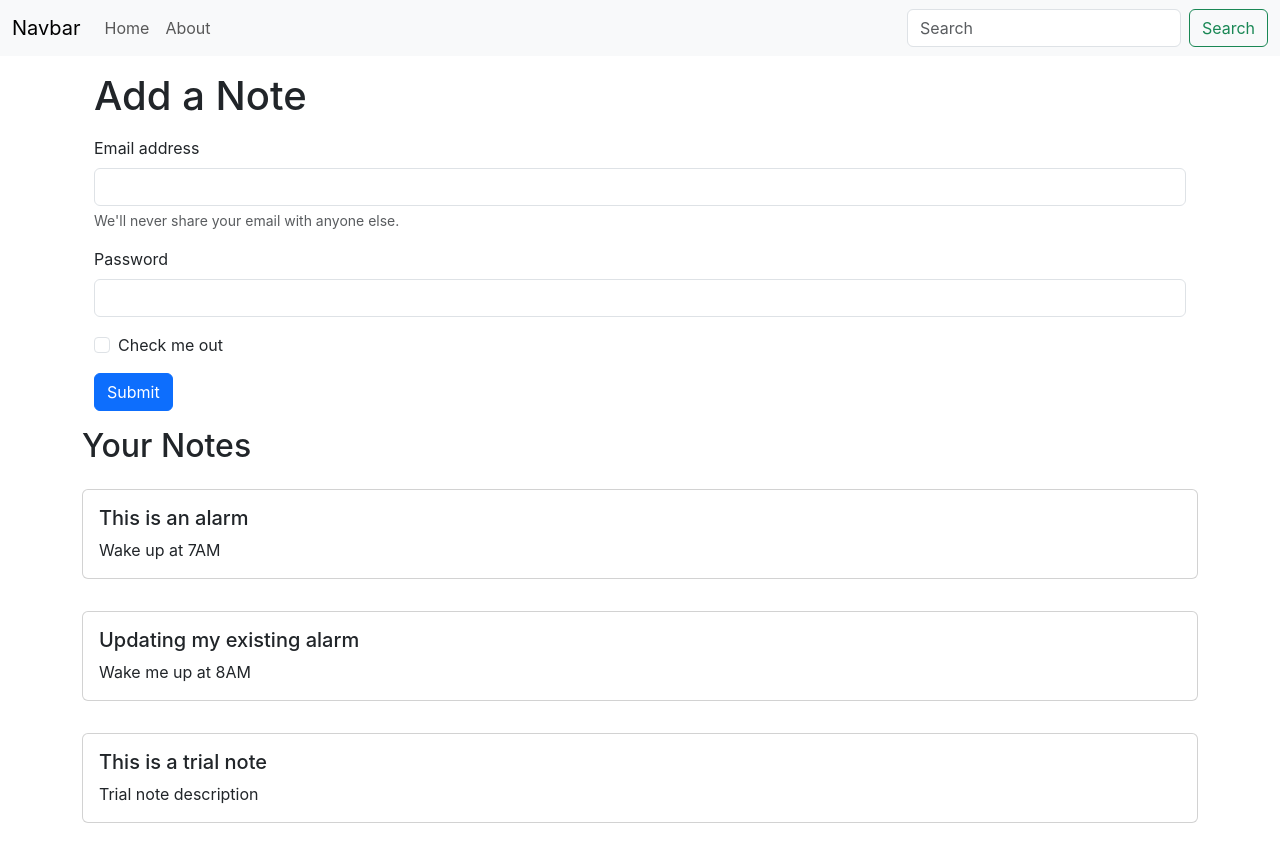
Repository: bhaveshdaipuria/inotebook
Page: /home
The author's editor kept a copy of each file at every save. The page is drawn from the files as they stood at one save, then again after the next save.
The browser window is 1280 px wide. The pictures show the whole page.
The project was rebuilt for these pictures with package versions that can differ from the ones it lists, and the page was loaded fresh each time. Also part of the build but not shown: src/App.css, src/components/About.js.

Above is the page before, as saved 2023-05-03 14:23:45.

### public/index.html
<!DOCTYPE html>
<html lang="en">
  <head>
    <meta charset="utf-8" />
    <link rel="icon" href="%PUBLIC_URL%/favicon.ico" />
    <meta name="viewport" content="width=device-width, initial-scale=1" />
    <meta name="theme-color" content="#000000" />
    <meta
      name="description"
      content="Web site created using create-react-app"
    />
    <link rel="apple-touch-icon" href="%PUBLIC_URL%/logo192.png" />
    <link href="https://cdn.jsdelivr.net/npm/bootstrap@5.3.0-alpha3/dist/css/bootstrap.min.css" rel="stylesheet" integrity="sha384-KK94CHFLLe+nY2dmCWGMq91rCGa5gtU4mk92HdvYe+M/SXH301p5ILy+dN9+nJOZ" crossorigin="anonymous">
    <!--
      manifest.json provides metadata used when your web app is installed on a
      user's mobile device or desktop. See https://developers.google.com/web/fundamentals/web-app-manifest/
    -->
    <link rel="manifest" href="%PUBLIC_URL%/manifest.json" />
    <!--
      Notice the use of %PUBLIC_URL% in the tags above.
      It will be replaced with the URL of the `public` folder during the build.
      Only files inside the `public` folder can be referenced from the HTML.

      Unlike "/favicon.ico" or "favicon.ico", "%PUBLIC_URL%/favicon.ico" will
      work correctly both with client-side routing and a non-root public URL.
      Learn how to configure a non-root public URL by running `npm run build`.
    -->
    <title>iNotebook</title>
  </head>
  <body>
    <noscript>You need to enable JavaScript to run this app.</noscript>
    <div id="root"></div>
    <!--
      This HTML file is a template.
      If you open it directly in the browser, you will see an empty page.

      You can add webfonts, meta tags, or analytics to this file.
      The build step will place the bundled scripts into the <body> tag.

      To begin the development, run `npm start` or `yarn start`.
      To create a production bundle, use `npm run build` or `yarn build`.
    -->
  </body>
  <script src="https://cdn.jsdelivr.net/npm/bootstrap@5.3.0-alpha3/dist/js/bootstrap.bundle.min.js" integrity="sha384-ENjdO4Dr2bkBIFxQpeoTz1HIcje39Wm4jDKdf19U8gI4ddQ3GYNS7NTKfAdVQSZe" crossorigin="anonymous"></script>
</html>

### src/App.js
import './App.css';
import Navbar from './components/Navbar';
import Home  from './components/Home';
import { BrowserRouter, Routes, Route } from 'react-router-dom';
import About from './components/About';
import NoteState from './context/notes/NoteState';

function App() {
  return (
    <>
    <NoteState>
    <BrowserRouter>
    <Navbar/>
    <div className='container'>
      <Routes>
      <Route exact path = '/home' element={<Home/>}/>
      <Route exact path = '/about' element={<About/>}/>
    </Routes>
    </div>
    </BrowserRouter>
    </NoteState>
    </>
  );
}

export default App;

### src/components/Navbar.js
import React, { useEffect } from "react";
import { Link, useLocation } from "react-router-dom";

function Navbar() {
  let location = useLocation();
  useEffect(()=>{
    console.log(location.pathname)
  }, [location]);
  return (
    <nav className="navbar navbar-expand-lg bg-body-tertiary">
      <div className="container-fluid">
        <Link className="navbar-brand" to="/">
          Navbar
        </Link>
        <button
          className="navbar-toggler"
          type="button"
          data-bs-toggle="collapse"
          data-bs-target="#navbarSupportedContent"
          _aria-controls="navbarSupportedContent"
          aria-expanded="false"
          aria-label="Toggle navigation"
        >
          <span className="navbar-toggler-icon"></span>
        </button>
        <div className="collapse navbar-collapse" id="navbarSupportedContent">
          <ul className="navbar-nav me-auto mb-2 mb-lg-0">
            <li className="nav-item">
              <Link className={`nav-link ${location.pathname === '/'?"active":""}`} aria-current="page" to="/home">
                Home
              </Link>
            </li>
            <li className="nav-item">
              <Link className={`nav-link ${location.pathname === '/about'?"active":""}`} to="/about">
                About
              </Link>
            </li>
          </ul>
          <form className="d-flex" role="search">
            <input
              className="form-control me-2"
              type="search"
              placeholder="Search"
              aria-label="Search"
            />
            <button className="btn btn-outline-success" type="submit">
              Search
            </button>
          </form>
        </div>
      </div>
    </nav>
  );
}

export default Navbar;

### src/components/Home.js
import React from 'react';
import Notes from './Notes';

function Home() {
  return (
    <div>
    <div className='container my-3'>
    <h1>Add a Note</h1>
    <form className='my-3'>
  <div className="mb-3">
    <label for="exampleInputEmail1" className="form-label">Email address</label>
    <input type="email" className="form-control" id="exampleInputEmail1" aria-describedby="emailHelp"/>
    <div id="emailHelp" className="form-text">We'll never share your email with anyone else.</div>
  </div>
  <div className="mb-3">
    <label for="exampleInputPassword1" className="form-label">Password</label>
    <input type="password" className="form-control" id="exampleInputPassword1"/>
  </div>
  <div className="mb-3 form-check">
    <input type="checkbox" className="form-check-input" id="exampleCheck1"/>
    <label className="form-check-label" for="exampleCheck1">Check me out</label>
  </div>
  <button type="submit" className="btn btn-primary">Submit</button>
</form>
</div>
<Notes/>
</div>
  )
}

export default Home;

### src/context/notes/NoteState.js
import NoteContext from "./noteContext";
import { useState } from "react";

const  NoteState = (props)=>{
    const notesInitial = [
        {
          "_id": "644f7e8be617961a0e690ce2",
          "user": "644f7d94e617961a0e690ccc",
          "title": "This is an alarm",
          "description": "Wake up at 7AM",
          "tag": "General",
          "date": "2023-05-01T08:55:39.717Z",
          "__v": 0
        },
        {
          "_id": "644f7ea9e617961a0e690ce5",
          "user": "644f7d94e617961a0e690ccc",
          "title": "Updating my existing alarm",
          "description": "Wake me up at 8AM",
          "tag": "Updated Alarm",
          "date": "2023-05-01T08:56:09.511Z",
          "__v": 0
        },
        {
          "_id": "644f8271f19dd960cfe94ffd",
          "user": "644f7d94e617961a0e690ccc",
          "title": "This is a trial note",
          "description": "Trial note description",
          "tag": "General",
          "date": "2023-05-01T09:12:17.622Z",
          "__v": 0
        }
      ]
      const [notes, setNotes] = useState(notesInitial)
    return(
        <NoteContext.Provider value={{notes, setNotes}}>
            {props.children}
        </NoteContext.Provider>
    )
}

export default NoteState;

### src/components/Notes.js
import React, {useContext} from 'react';
import noteContext from '../context/notes/noteContext';
import NoteItem from './NoteItem';

function Notes() {
    const context = useContext(noteContext);
    const {notes, setNotes} = context;
  return (
    <div class="row my-3">
  <h2>Your Notes</h2>
    {notes.map((note)=>{
      return <NoteItem title={note.title} description={note.description}/>
    })}
</div>
  )
}

export default Notes;

### src/components/NoteItem.js
import React from 'react'

function NoteItem({title, description}) {
  return (
    <div className='col-mid-3'>
    <div className='card my-3'>
        <div className='card-body'>
            <h5 className='card-title'>{title}</h5>
            <p className='card-text'>{description}</p>
        </div>
    </div>
    </div>
  )
}

export default NoteItem;

Loaded but not shown: src/index.js (common file); src/index.css (common file); src/context/notes/noteContext.js (common file)

After the next save:
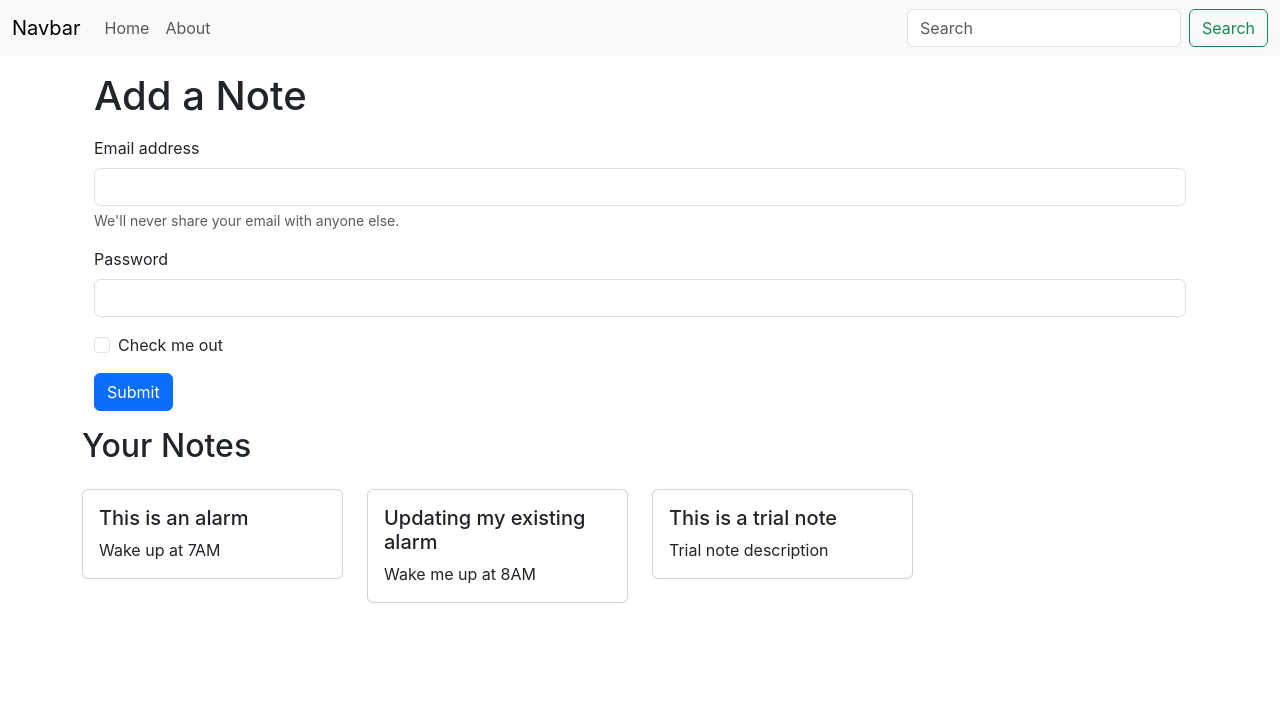
Saved 84 s later.
--- a/src/components/NoteItem.js
+++ b/src/components/NoteItem.js
@@ -2,7 +2,7 @@ import React from 'react'
 
 function NoteItem({title, description}) {
   return (
-    <div className='col-mid-3'>
+    <div className='col-sm-3'>
     <div className='card my-3'>
         <div className='card-body'>
             <h5 className='card-title'>{title}</h5>
